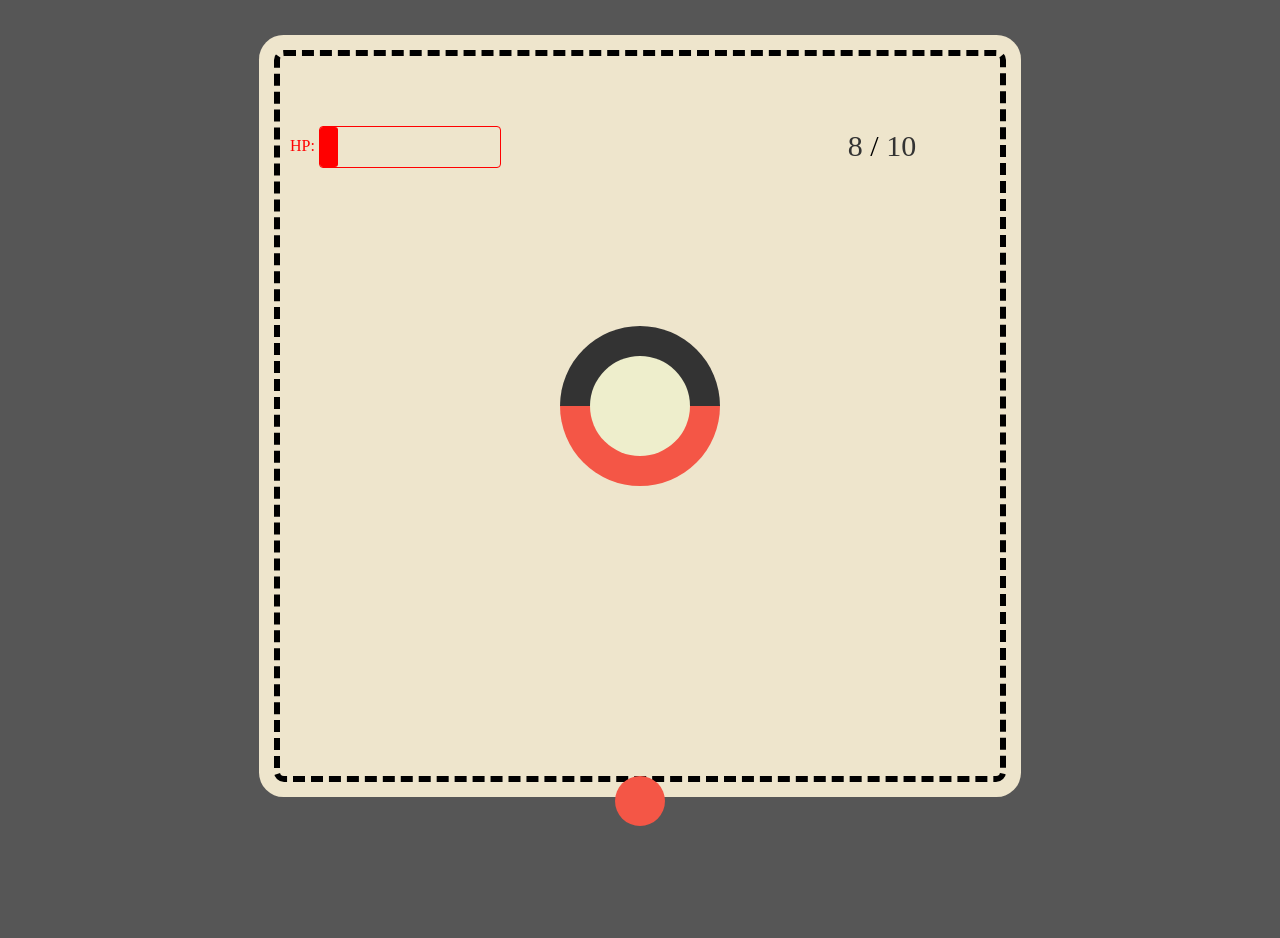
Repository: EEETA/ball-game
Page: theBall2/index.html
An editor plug-in stored every save of this project. The page is shown before and after the next save, followed by the edit.
The browser window is 1280 px wide. The pictures show the whole page.
After loading, the first visible `button.start` was clicked once.

Above is the page before, as saved 2018-08-02 16:07:22.

### theBall2/index.html
<!DOCTYPE html>
<html lang="en">
<head>
    <meta charset="UTF-8">
    <title>theBall</title>
	<link rel="stylesheet" href="style/index.css">
    <script src="js/jquery-1.8.3.min.js"></script>
	<script src="js/jquery.rotate.min.js"></script>
</head>
<body>
    <section class="box">
        <!-- 旋转div -->
        <section class="ball ballZhuan">
            <div class="redPart_box">
                <div class="redPart"></div>
            </div>
            <div class="blackPart_box">
                <div class="blackPart"></div>
            </div>
            <div class="middlePart"></div>
        </section>
        <div class="ball2"></div>

        <section class="idx_pattern">
            <!-- 主界面-游戏模式 -->
        </section>
        <section class="idx_intro">
            <!-- 主界面-游戏玩法 -->
        </section>

        <section class="game_mask">
        <!-- 游戏界面-娱乐模式遮罩提示层 -->
        </section>
        <div class="arrow">
            <!-- 升级效果 -->
        </div>
        <section class="game_shootBox">
            <!-- 游戏界面-小球发射 -->
        </section>
        <section class="game_fraction">
            <!-- 游戏界面-分数血量显示 -->
        </section>
        <section class="game_hanlder">
            <!-- 游戏界面-结束模块 -->
        </section>
    </div>

    <script src="data/data.js"></script>
    <script>
        const patternLen = pattern.length;
        const idxPattern = document.querySelector('.idx_pattern');
        const idxIntro = document.querySelector('.idx_intro');
        const gameShootBox = document.querySelector('.game_shootBox');
        const gameFraction = document.querySelector('.game_fraction');
        const gameHanlder = document.querySelector('.game_hanlder');
        const gameMask = document.querySelector('.game_mask');
        var my=[];
        /*主界面-游戏模式*/
        for(var i=0;i<patternLen;i++){
            let idxPatternMain=`<div class="playWrap">
                                    <div class="playTit"> ${pattern[i].patternName} </div>
                                    <div class="playIntroduce">
                                        <div class="playIntroduceTxt">1.通关条件 <span style="color:#EE8E4E"> ${pattern[i].explain.condition} </span></div>
                                        <div class="playIntroduceTxt">2. ${pattern[i].explain.produce} </div>
                                    </div>
                                    <button class="start">START</button>
                                </div>`
            idxPattern.innerHTML+=idxPatternMain;
        }
        /*主界面-游戏玩法*/
        let produceTxt=`<div class="introTxt">
                            <div>
                                1.按空格键/AD可旋转 <img src="img/img1.png" alt="" class="sizeOne">
                            </div>
                            <div>
                                2.当<img src="img/img2.png" alt="" class="sizeOne">掉落时,根据模式将 <img src="img/img1.png" alt="" class="sizeOne"> 旋转到对应的颜色即可得1分,反之<span style="color:red">HP-1</span>
                            </div>
                            <div>
                                3.进入游戏后，每个玩家血量为5,右上角为分数面板 <img src="img/img3.png" alt="" class="sizeTwo"> 左侧为当前分数,右侧为当前关卡上限,分数达到上限即可进入下一关
                            </div>
                        </div>
                        <button class="introTxtBtn">游戏玩法</button>`
        idxIntro.innerHTML=produceTxt;



        /*游戏界面-小球发射*/
        let gameShootBoxMain=`<div class="top">
                                    <div class="div_middle"></div>
                                </div>
                                <div class="bottom">
                                    <div class="div_middle"></div>
                                </div>
                                <div class="left">
                                    <div class="div_middle"></div>
                                </div>
                                <div class="right">
                                    <div class="div_middle"></div>
                                </div>`
        gameShootBox.innerHTML+=gameShootBoxMain;
        /*游戏界面-分数血量显示*/
        let gameFractionMain=`<div class="life">HP:
                                    <div class="hp_div">
                                        <div class="hp_div_main"></div>
                                    </div>
                                </div>
                                <div class="fraction">
                                    <span class="fraction_left"></span>
                                    /
                                    <span class="fraction_right"></span>
                                </div>`
        gameFraction.innerHTML=gameFractionMain;
        /*游戏界面-结束模块*/
        let gameHanlderMain=`<div class="interface">
                                <div class="over">Game Over</div>
                                <div class="success">成功通关</div>
                            </div>
                            <div class="button_box">
                                <button class="button_left">再玩一次</button>
                                <button class="button_right">返回大厅</button>
                            </div>`
        gameHanlder.innerHTML=gameHanlderMain;
        /*游戏界面-娱乐模式遮罩提示层*/
        let gameMaskMain=`<div class="Mask_span">
                                <span>按A键向左转</span>
                                <span>按D键向右转</span>
                            </div>
                            <span class="Mask_p">- 按空格键继续 -</span>`
        gameMask.innerHTML=gameMaskMain;
    </script>
    <script src="js/index.js"></script>
    <script src="js/animation.js"></script>
</body>
</html>

### theBall2/js/index.js



var time=new Date();/*时间差*/
var numList,
background,
box_num,
hp,/*当前血量*/
hp_box,/*总血量*/
fail_hp,/*当前血量*/
fractionNow,/*得分*/
fractionNeed,/*升级需要得分*/
speed,
delayed,
num_number,
box_num_number,
direction,
box,
interval,
this_ball,
switch_1,

visited,/*进入过娱乐模式后，不再弹出操作提示框*/
negative,
numbox,

switch_1=0;
visited=false;
numList=0;
negative=0;
delayed=0;
degree=-180;
interval=300;
num_number=2;
box_num_number=2;

box=$('.ball');

const idxW=1080;/*主界面宽高*/
const idxH=720;
const gameW=720;/*游戏宽高*/
const gameH=720;

const start=document.querySelectorAll('.start');
let again;/*再来一次时用来判断模式*/

window.onload=function(){
    $('.ball').addClass("ballZhuan");
    $(".introTxtBtn").mouseover(function(){ $('.introTxt').stop().fadeIn(400);})
	$(".introTxtBtn").mouseout(function(){ $('.introTxt').stop().fadeOut(400);})
    choose();
}

function choose(){//进入对应模式
	for(let i=0;i<start.length;i++){
        start[i].onclick=function(){
            $('.idx_pattern').fadeOut(300);
            $('.introTxtBtn').fadeOut(300);
            again=i;
            initInfo(i);
            setTimeout(function(){
        		appendball(i);
        	},1200)
        }
	}
}

function initInfo(numberMode){
    hp=1;
    hp_box=10;
    fail_hp=hp*100/hp_box;
    fractionNow=8;
    if(!numberMode){fractionNeed=10;}
    else{fractionNeed="∞";}
    speed=800;

    /*颠倒模式互换颜色*/
	if(numberMode==1){
		$('.redPart').css('background','#333');
		$('.blackPart').css('background','#f45646');
    }

	if(numberMode==2){
		speed=1400;
	    numList=-360;
	    num_number=4;
	    box_num_number=4;
	    degree=-90;
		delayed=1100;
	}
	if(numberMode==2&&visited==true){
		box.rotate({
            animateTo:numList,
            duration:450,
        });
	}
    $('.fraction_left').html(fractionNow);
    $('.fraction_right').html(fractionNeed);
    $('.hp_div_main').animate({width:fail_hp+"%"});

    box_animation(gameW,gameH,500);
    $('.game_fraction').fadeIn(500);

    /*小球位置及角度就绪*/
    $('.ball').animate({top:'210px'},500,function(){
        $(this).removeClass("ballZhuan");
        if(numberMode!=2){
            $(this).rotate({animateTo:-180,duration:600});/*这一步尤为重要，得分是在-180°上去迭代完成的，角度不转会十分生硬*/
            numList=-180;
        }
        else if(numberMode==2){
            if(visited){
                appendball('.div_middle');
                rotate_transition(".ball",".ball2");
            }else{
                // Mask();
                $('.game_mask').fadeIn(300);
                rotate_transition(".ball",".ball2");
            }
        }
    })
}

/*关卡设置*/
// function levelUp(numberMode){
// 	if(numberMode==0 || numberMode==2){
// 		if(fractionNow%10==0){
// 	        callarrow("速度加快");
// 			speed-=100;
// 	        delayed=1100;
// 		}
// 	}
// 	if(numberMode==1){
// 		if(fractionNow==10){
// 	        callarrow("速度加快");
// 	        speed-=200;
// 	        fractionNeed=30;
// 	        delayed=1100;
// 		}
// 	    if(fractionNow==30){
// 	        callarrow("lalala");
// 	        speed-=100;
// 	        fractionNeed=50;
// 	        delayed=1100;
// 	    }
// 	}
// }

function appendball(numberMode){  //生成小球
    if(hp<=0){
        $('.over').animate({opacity:1},600,function(){
            $('.button_box').css('display','block');
            $('.button_box').animate({opacity:1},800)});
        return;
    }
	if(numberMode==1&&fractionNow==50){
        $('.success').animate({opacity:1},600,function(){
	            $('.button_box').css('display','block')
	            $('.button_box').animate({opacity:1},800)
	        });
	    return;
   }
    if(numberMode==2){
	    box=$('.ball2');
	    return;
    }

	// levelUp(numberMode);
    // $('.fraction_right').html(fractionNeed);

    ballFour=new Array();
    ballFour[0]="#f45646";
    ballFour[1]="#333";
    ballFour[2]="#efa97a";
    ballFour[3]="#6dd3ce";

    var num=parseInt(Math.random()*num_number);
    box_num=parseInt(Math.random()*box_num_number);
    $('<div class="div_ball" style="background:'+ballFour[num]+';z-index:10"></div>').appendTo($('.div_middle')[box_num]);
    this_ball=$('.div_ball');
    // setTimeout(function(){ballmove(this_ball,box_num,numberMode)},delayed);
}

/*小球运动*/
function ballmove(this_ball,box_num,numberMode){
    delayed=0;
    box_num < 2 ? (box_num==0 ? range=350 : range=-350) : (box_num==2 ? range=350 : range=-350);
    box_num < 2 ? direction='top' : direction='left';
    this_ball.animate(
        {[direction]:""+range+"px"},
        {duration:speed,
         easing:'linear',    // easing:'linear' 匀速直线运动
            progress:function(){
                var this_height=Math.floor($(this).offset().top)+$(this).height();
                var this_width=Math.floor($(this).offset().left)+$(this).width();
                var box_top=box.offset().top;
                var box_left=box.offset().left;
                var box_height=box.offset().top+box.height();
                var box_width=box.offset().left+box.width();

                if(box_num_number == 2){ //两个方向
                    if(box_num < 2){  //上下
                        if(range==350){  //向下
                            if(this_height>=box_top+2){
                                movejudge(this,-270,-0,-90,-180,4,numberMode);
                            }
                        }else if(range==-350){  //向上
                            if($(this).offset().top<=box_height){
                                movejudge(this,-90,-180,-270,-0,4,numberMode);
                            }
                        }
                     }
                }
                else if(box_num_number==4){ //四个方向
                    if(box_num < 2){  //上下
                        if(range==350){  //向下
                            if(this_height>=box_top+2){
                                 movejudge(this,-270,-0,-90,-180,5,numberMode);
                            }
                        }else if(range==-350){  //向上
                            if($(this).offset().top<=box_height+170){
                                 movejudge(this,-90,-180,-270,-0,5,numberMode);
                            }
                        }
                    } else if(box_num >= 2){   //左右
                        if(range==350){    //向右
                            if(this_width>=box_left+2){
                                movejudge(this,-0,-90,-180,-270,5,numberMode);
                            }
                        }else if(range==-350){  //向左
                            if(this_width <= box_width+218){
                                 movejudge(this,-180,-270,-0,-90,5,numberMode);
                            }
                        }
                    }
                }
            }
        }
    )
}



document.addEventListener('keydown',ballPlay,false);
function ballPlay(){
    if(box_num_number==2&&event.keyCode==32){  //只有两种颜色
        if(new Date()-time>interval){
            numList+=degree;
            box.rotate({
                animateTo: numList,
                duration:450,
            });
            time=new Date();
        }
    }
    else if(box_num_number==4){  //四钟颜色
        if(event.keyCode==32 && visited==false){   //遮罩按空格
            switch_1=1;
            $('.game_mask').fadeOut(500);
            $('.Mask_p').fadeOut(200);
            $('.Mask_span').fadeOut(500);
            visited=true;
	      	appendball('.div_middle');
        }
        if(event.keyCode==65){   //左
            numList+=degree;
            negative=numList;
            if(numList>0){   //度数往右转 度数变为正数时
                if(numList%360==90 || numList%360==270){
                    negative=-numList-180;
                }
                if(numList%360==0 || numList%360==180){
                    negative=-negative
                }
            }
            box.rotate({
                    animateTo: numList,
                    duration:340,
            });
        }
        if(event.keyCode==68){  //右
            numList-=degree;
            if(numList<0) negative+=degree;
            if(numList>0) {
                if(numList%360==0 || numList%360==180){
                    negative=-numList;
                }
                if(numList%360==90 || numList%360==270){
                    negative=-numList-180;
                }
            };
            box.rotate({
                    animateTo: numList,
                    duration:340,
            });
        }
  	}
}

/*再玩一次&&返回主界面*/
const buttonLeft=document.querySelector('.button_left');
const buttonRight=document.querySelector('.button_right');
buttonLeft.addEventListener('click',playAgain,false)
buttonRight.addEventListener('click',backIdx,false)
function playAgain(){
    $('.over,.success,.button_box').animate({opacity:0},200);
    $('.button_box').css('display','none');

    initInfo(again);
    setTimeout(function(){
        appendball(again);
    },1200)
}
function backIdx(){
    box_animation(idxH,idxW,500);
	degree=-180;
	negative=0;
	speed=1200;
    numList=0;
	delayed=0;
	num_number=2;
	box_num_number=2;
	$('.blackPart').css('background','#333');
	$('.redPart').css('background','#f45646');
    rotate_transition(".ball2",".ball");
	box=$('.ball');

   	$('.game_fraction').fadeOut(300);
    $('.button_box').css('display','none');
    $('.over,.success').animate({opacity:0},100);
    $('.ball').animate({top:'0px'},500,function(){
        $(this).addClass("ballZhuan");
	})
	setTimeout(function(){
		$('.introTxtBtn').fadeIn(300);
		$('.idx_pattern').fadeIn(300);
   	},800)
}

Loaded but not shown: theBall2/js/jquery-1.8.3.min.js (library); theBall2/js/jquery.rotate.min.js (library); theBall2/js/animation.js (159 lines, source omitted); theBall2/data/data.js (47 lines, source omitted); theBall2/style/index.css (280 lines, source omitted)

After the next save:
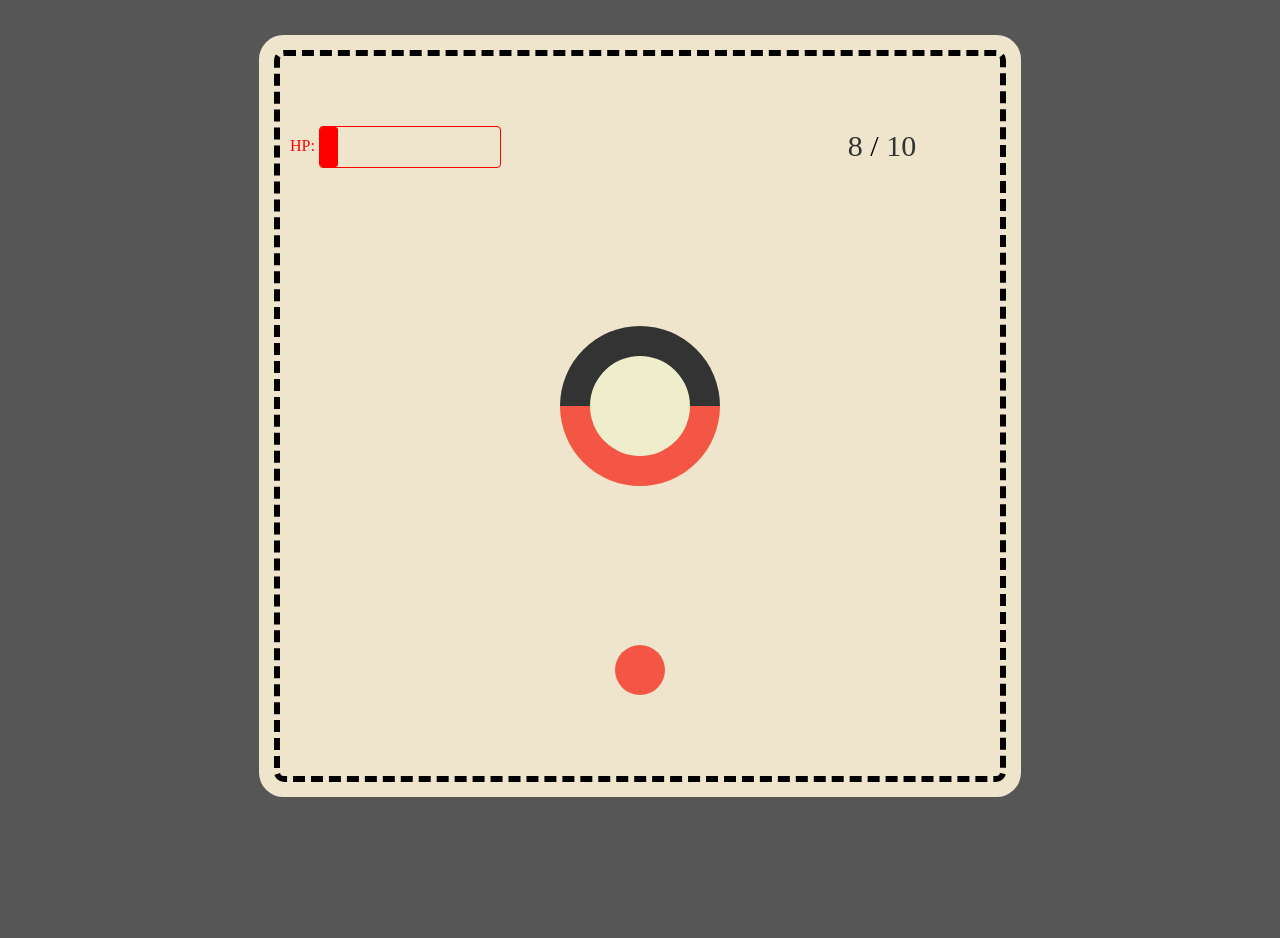
Saved 16 s later.
--- a/theBall2/js/index.js
+++ b/theBall2/js/index.js
@@ -178,7 +178,7 @@
     box_num=parseInt(Math.random()*box_num_number);
     $('<div class="div_ball" style="background:'+ballFour[num]+';z-index:10"></div>').appendTo($('.div_middle')[box_num]);
     this_ball=$('.div_ball');
-    // setTimeout(function(){ballmove(this_ball,box_num,numberMode)},delayed);
+    setTimeout(function(){ballmove(this_ball,box_num,numberMode)},delayed);
 }
 
 /*小球运动*/

After the save that followed:
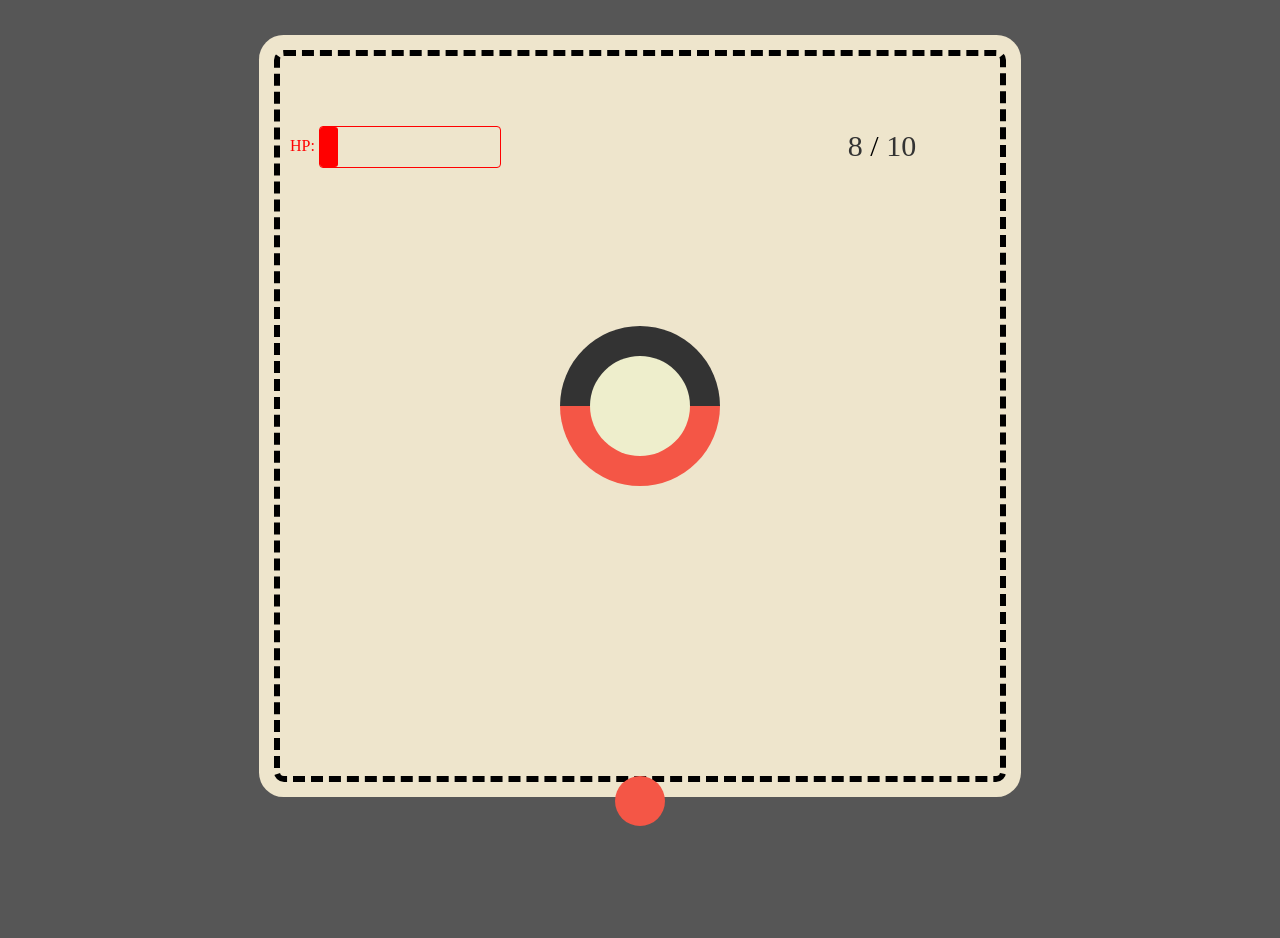
Saved 39 s later.
--- a/theBall2/js/index.js
+++ b/theBall2/js/index.js
@@ -178,7 +178,7 @@
     box_num=parseInt(Math.random()*box_num_number);
     $('<div class="div_ball" style="background:'+ballFour[num]+';z-index:10"></div>').appendTo($('.div_middle')[box_num]);
     this_ball=$('.div_ball');
-    setTimeout(function(){ballmove(this_ball,box_num,numberMode)},delayed);
+    // setTimeout(function(){ballmove(this_ball,box_num,numberMode)},delayed);
 }
 
 /*小球运动*/
